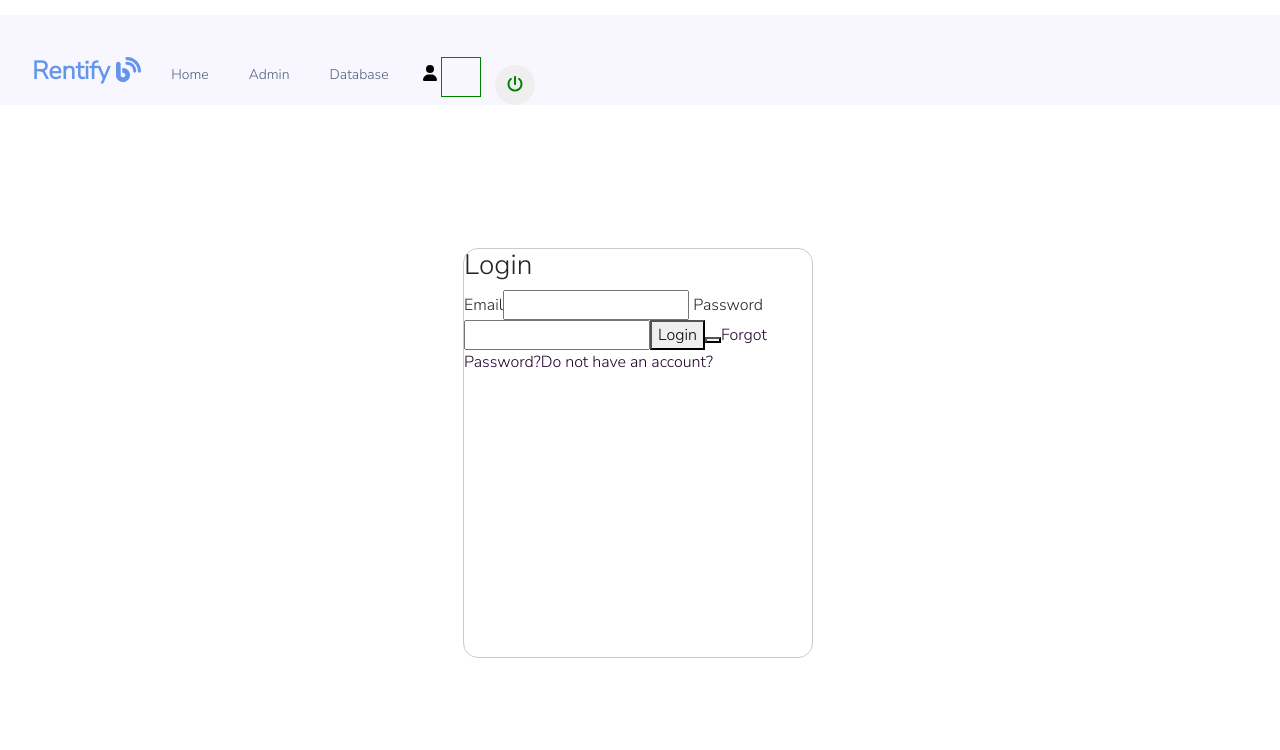
Repository: duzzisantos/rentify
Page: /auth/home
An editor plug-in stored every save of this project. The page is shown before and after the next save, followed by the edit.
The browser window is 1280 px wide. The pictures show the whole page.
The page's requests for data from a server got no answer. The project was rebuilt for these pictures with package versions that can differ from the ones it lists, and the page was loaded fresh each time. No one was signed in, and anything a server would have sent is missing. Also part of the build but not shown: src/admin.js, src/auth/register.js, src/table-component.js, src/edit-property.js, src/tables.js, src/booking.js.

Above is the page before, as saved 2022-05-19 00:50:18.

### src/App.js
import "./App.css";
import "react-bootstrap";
import "bootstrap/dist/css/bootstrap.min.css";
import { Route, Routes } from "react-router-dom";
import Homepage from "./home";
import Admins from "./admin";
import Auth from "./auth/auth";
import Login from "./auth/login";
import Register from "./auth/register";
import Tables from "./tables";
import EditProperty from "./edit-property";
import Booking from "./booking";

function App() {
  return (
    <div className="App">
      <Auth/>
      <Routes>
        <Route path="/" element={<Login />} />
        <Route path="login/*" element={<Login />} />
        <Route path="register/*" element={<Register />} />
        <Route path="auth/*" element={<Auth />} />
        <Route path="auth/home/*" element={<Homepage />} />
        <Route path="auth/admin" element={<Admins />} />
        <Route path="auth/tables/*" element={<Tables />} />
        <Route path="auth/admin/edit-property/:ID" element={<EditProperty />} />
        <Route path="booking/:ID" element={<Booking />} />
      </Routes>
    </div>
  );
}

export default App;

### src/App.css
@import url("https://fonts.googleapis.com/css2?family=Nunito+Sans:wght@300&family=Poppins:wght@200;300&family=Roboto&family=Roboto+Serif:wght@300&family=Ubuntu:wght@300&display=swap");
* {
  font-family: "Nunito Sans", sans-serif;
}
.App {
  /* display: flex;
  flex-direction: column; */
  height: fit-content;
  width: 100%;
}

.hero {
  height: calc(0.25 * 657px);
  background-color: rgb(33, 2, 43);
  width: 100%;
  padding-top: 80px;
  margin-top: 120px;
  background-image: url("https://i.dlpng.com/static/png/7058604_preview.png");
  background-repeat: no-repeat;
  background-size: cover;
  background-position: 0%;
  filter: grayscale(0);
}

.filter-property {
  height: calc(0.6 * 657px);
  background-color: azure;
  width: 100%;
  color: gray;
  justify-content: center;
  align-items: center;
  bottom: 0;
  padding-top: 40px;
}

.filter-property input {
  text-align: center;
}
#display-results {
  height: 657px;
  background-color: white;
  width: 100%;
  color: gray;
}

#hero-text {
  height: 80%;
  text-align: center;
}

h1 {
  color: white;
  padding-top: 0px;
  font-size: clamp(20px, 55px, 60px);
}

h4,
h6 {
  padding-top: 10px;
  margin-left: 25px;
  font-size: clamp(10px, 15px, 20px);
  color: rgba(0, 0, 0, 0.705);
}

.filter-property span {
  margin-left: 25px;
  margin-top: 10px;
  color: rgba(0, 0, 0, 0.705);
  display: block;
  font-weight: 600;
  font-size: 14px;
}

.filter-property label {
  display: inline-block;
  margin-left: 22px;
  font-size: 13px;
  color: rgba(0, 0, 0, 0.705);
}

.filter-property input[type="checkbox"] {
  display: inline-block;
  margin-left: 5px;
}

#search-btn {
  background-color: transparent;
  border: 1px solid black;
  color: rgba(0, 0, 0, 0.705);
  border-radius: 10px;
  display: block;
  margin-left: 25px;
  margin-top: 10px;
  padding: 6px;
  font-size: 13px;
  width: 70px;
  margin-bottom: 20px;
}

#search-btn:hover {
  border: 1px solid rgb(33, 2, 43);
  color: rgb(33, 2, 43);
}

.link {
  text-decoration-line: none;
  color: white;
  margin: 10px;
}

.links{
  color: rgb(33, 2, 43);
  text-decoration: none;
}
.link:hover {
  color: gray;
}

tr .link {
  text-decoration-line: none;
  color: rgba(0, 0, 0, 0.705);
  margin: 10px;
}

tr .link:hover {
  color: rgb(33, 2, 43);
}

.admin-container,
.edit-container {
  height: fit-content;
  padding-top: 80px;
  display: flex;
  flex-direction: column;
  width: 100%;
  justify-content: center;
  align-items: center;
}

.admin-container h2,
.admin-container h6,
.edit-container h6 {
  text-align: center;
}

.admin-container h2,
.edit-container h2 {
  color: rgba(0, 0, 0, 0.705);
  padding: 25px;
}

.admin-container form,
.edit-container form {
  padding-top: 20px;
  width: 450px;
  margin-left: 0;
  display: block;
  background-color: azure;
  display: flex;
  flex-direction: column;
  margin-bottom: 20px;
  border-radius: 15px;
}

.admin-container input,
.edit-container input {
  display: block;
  border: 1px solid rgb(212,212,212);
  border-radius: 15px;
  width: 300px;
  font-size: small;
  text-indent: 5px;
  margin-left: 15%;
}

.admin-container label,
.admin-container span,
.edit-container label,
.edit-container span {
  display: block;
  font-size: small;
  margin-top: 10px;
  margin-left: 15%;
}

#admin-btn {
  border-radius: 15px;
  border: 1px solid transparent;
  margin-bottom: 15px;
  margin-top: 15px;
  color: white;
  background-color: #25D366;
  display: block;
  font-size: small;
  margin-left: 15%;
  width: 100px;
  padding: 4px;
}


.display-data {
  height: fit-content;
  background-color: rgb(33, 2, 43);
  padding-top: 80px;
  color: whitesmoke;
  display: flex;
  flex-direction: column;
}

.display-data h2,
.display-data h6 {
  text-align: center;
  color: whitesmoke;
}

.photos {
  margin-top: 5px;
}

.photos::placeholder {
  font-size: small;
  text-indent: 5px;
}

#search {
  margin-bottom: 15px;
  width: 300px;
  border: 1px solid rgb(212,212,212);
  border-radius: 15px;
  outline: none;
  padding: 4px;
  margin-left: 40%;
  /* margin-left: 19%; * for media query max-width 550px */
}

#search::placeholder {
  font-size: small;
  text-align: center;
}

input {
  outline: none;
}
.database {
  height: fit-content;
  background-color: azure;
  margin-top: 10px;
}

#delete {
  background-color: transparent;
  border: 1px solid #eb5e55;
  color: black;
  border-radius: 5px;
}

#data-reference {
  width: 950px;
  display: inline-block;
  overflow: hidden;
}

#data-reference ol li {
  margin-bottom: 12px;
}
#update-dialog input {
  width: 300px;
  margin-top: 3px;
  display: block;
}

#final-update {
  background-color: rgb(33, 2, 43);
  border: 1px solid transparent;
  color: whitesmoke;
  margin-bottom: 10px;
}

h4,
#display-results span {
  text-align: center;
}

#display-results {
  width: 100%;
  height: fit-content;
  border: 1px solid azure;
}

.one-result {
  width: 100%;
  height: fit-content;
  border: 1px solid whitesmoke;
}

.image-holder {
  height: fit-content;
  width: fit-content;
  border: 1px solid whitesmoke;
  display: flex;
  flex-direction: row;
  flex-wrap: wrap;
  margin-left: 80px;
}

.image-holder img {
  background-repeat: no-repeat;
  background-size: cover;
  height: 140px;
  width: 185px;
  margin: 5px;
  border: 1px solid whitesmoke;
  background-size: cover;
  background-position: center;
  transition: transform 0.5s;
}

.image-holder img:hover {
  transform: scale(1.3);
}
tr img {
  height: 30px;
  width: 40px;
  border: 1px solid whitesmoke;
  background-size: cover;
  background-position: center;
  transition: transform 0.5s;
}

tr img:hover {
  transform: scale(3);
}

.primary-details li {
  font-size: small;
  margin-left: 60px;
}
.primary-details li:nth-child(1) {
  margin-top: 10px;
}
.amenities li {
  list-style-type: none;
  display: inline-block;
  justify-content: space-between;
  margin: 8px;
  margin-left: 50px;
  font-size: small;
}

.booking {
  border: 1px solid rgb(33, 2, 43);
  color: rgb(33, 2, 43);
  background-color: transparent;
  margin-left: 3px;
  border-radius: 15px;
  font-size: 11px;
  margin-bottom: 10px;
}

.isAvailable {
  background-color: #25D366;
  border: 1px solid transparent;
  border-radius: 15px;
  color: white;
  font-size: 11px;
  margin-bottom: 5px;
  margin-left: 80px;
}

.booking-wrapper{
  height: fit-content;
  width: 100%;
  display: flex;
  flex-direction: column;
  justify-content: center;
  align-items: center;
  padding-top: 80px;
}

.my-booking{
  height: 500px;
  width: 400px;
  background-color: azure;
  border-radius: 15px;
}

.my-booking form{
  display: flex;
  flex-direction: column;
}
.my-booking label{
  margin-left: 50px;
  margin-top: 15px;
}
.my-booking input{
  width: 300px;
  margin-left: 50px;
  border-radius: 15px;
  margin-bottom: 5px;
  border: 1px solid rgb(212,212,212);
  text-indent: 10px;
}
.account-display {
  margin-top: 200px;
  margin-left: 35%;
  display: flex;
  flex-direction: column;
  height: 350px;
  width: 400px;
  background-color: rgb(33, 2, 43);
  border-top-left-radius: 50px;
  border-bottom-right-radius: 50px;

  /* margin-left: 36%;
  margin-top: calc(37% / 5); */
}

.account-display .account-nav {
  list-style-type: none;
  display: flex;
  flex-direction: row;
  margin-bottom: 25px;
  margin-top: 10px;
  margin-left: 210px;
}

.account-display .account-nav .links {
  text-decoration-line: none;
  color: whitesmoke;
  margin-left: 20px;
  font-size: small;
}

.account-nav .links:hover {
  color: gray;
}

.account-form-wrapper {
  height: 200px;
  width: 400px;
  display: flex;
  flex-direction: column;
  background-color: rgb(33, 2, 43);
  color: whitesmoke;
  /* border-top-left-radius: 50px;
  border-bottom-right-radius: 50px; */
}

.account-form-wrapper h3 {
  text-align: center;
  margin-bottom: 30px;
}

.account-form-wrapper form {
  display: flex;
  flex-direction: column;
  width: 80%;
  margin-left: 10%;
}

.account-form-wrapper input {
  margin-bottom: 20px;
  border-radius: 10px;
  border: 1px solid transparent;
}

.account-form-wrapper button {
  margin: 20px 10px 0px 0px;
  width: 30%;
  border: 1px solid whitesmoke;
  background-color: transparent;
  border-radius: 50px;
  color: whitesmoke;
}

.account-form-wrapper .account-nav .links {
  color: whitesmoke;
  text-decoration: none;
  list-style-type: none;
}

.list-wrapper {
  padding-top: 80px;
  width: 99%;
  height: fit-content;
}

.login,
.register,
.reset {
  height: 645px;
  width: 99.7%;
  display: -webkit-box;
  display: -ms-flexbox;
  display: flex;
  -webkit-box-orient: vertical;
  -webkit-box-direction: normal;
      -ms-flex-direction: column;
          flex-direction: column;
  -webkit-box-pack: center;
      -ms-flex-pack: center;
          justify-content: center;
  -webkit-box-align: center;
      -ms-flex-align: center;
          align-items: center;
  bottom: 0;
}

.login-container,
.register-container,
.reset-container {
  height: 410px;
  width: 350px;
  border: 1px solid #d1c7d1;
  border-radius: 15px;
  margin-top: 50px;
}

.auth-container {
  height: 90px;
  width: 100%;
  background-color: transparent;
  margin-right: 10px;
  overflow: hidden;
  margin-left: auto;
  margin-top: 15px;
  display: -webkit-box;
  display: -ms-flexbox;
  display: flex;
  -webkit-box-orient: horizontal;
  -webkit-box-direction: normal;
      -ms-flex-direction: row;
          flex-direction: row;
}

.auth-span {
  height: -webkit-fit-content;
  height: -moz-fit-content;
  height: fit-content;
  width: -webkit-fit-content;
  width: -moz-fit-content;
  width: fit-content;
  margin-left: 4px;
  margin-top: 5px;
  overflow: hidden;
}

.auth-btn {
  height: 40px;
  width: 40px;
  border-radius: 50%;
  margin-left: 10px;
  margin-top: 8px;
  border: 1px solid transparent;
  color: green;
}

.auth-btn:hover {
  color: crimson;
  -webkit-transition-delay: 20ms;
          transition-delay: 20ms;
}

.auth-avi{
  height: 40px;
  width: 40px;
  border: 1px solid green;
}
/*Navbar component*/

.nav-items {
  width: 100%;
  height: 90px;
  margin-top: 0px;
}

.nav-links {
  display: inline-block;
  margin-left: 20px;
  padding-top: 15px;
}

.nav-links:nth-child(1) {
  font-size: 25px;
  color: cornflowerblue;
  font-weight: 800;
  -webkit-text-decoration-line: none;
          text-decoration-line: none;
  text-decoration: none;
  margin-left: 0px;
}

.nav-items #hamburger-icon {
  display: none;
}

.nav-items .dashboard-container {
  margin-left: 0px;
}

.link {
  color: #525f7a;
  font-size: 14px;
  text-decoration: none;
}

.link:hover {
  -webkit-text-decoration-line: underline;
          text-decoration-line: underline;
  text-decoration-thickness: 2px;
  -webkit-text-decoration-color: cornflowerblue;
          text-decoration-color: cornflowerblue;
}

.nav-wrap {
  display: -webkit-box;
  display: -ms-flexbox;
  display: flex;
  -webkit-box-orient: horizontal;
  -webkit-box-direction: normal;
      -ms-flex-direction: row;
          flex-direction: row;
  margin-top: 0px;
}

.navbar {
  height: 90px;
  background-color: #f8f7ff;
  -webkit-box-shadow: 1px 1px 5px 1px rgba(0, 0, 0, 0.1);
          box-shadow: 1px 1px 5px 1px rgba(0, 0, 0, 0.1);
  width: 100%;
  position: fixed;
  z-index: 2;
  display: -webkit-box;
  display: -ms-flexbox;
  display: flex;
  -webkit-box-orient: horizontal;
  -webkit-box-direction: normal;
      -ms-flex-direction: row;
          flex-direction: row;
}

### src/auth/auth.js
import React, { useState, useEffect } from "react";
import { useAuthState } from "react-firebase-hooks/auth";
import { useNavigate, Link } from "react-router-dom";
import "../App.css";
import { db, auth, logout } from "./firebase";
import { query, collection, getDocs, where } from "firebase/firestore";
import { FontAwesomeIcon } from "@fortawesome/react-fontawesome";
import { library } from "@fortawesome/fontawesome-svg-core";
import {
  faBars,
  faBlog,
  faCake,
  faClock,
  faHouse,
  faPowerOff,
  faUser,
} from "@fortawesome/free-solid-svg-icons";

library.add(faCake, faPowerOff, faHouse, faClock, faUser, faBars);
const isAuthorized = process.env.REACT_APP_ADMIN;

const Auth = () => {
  const [user, loading] = useAuthState(auth);
  const [name, setName] = useState("");
  const navigate = useNavigate();

  const fetchUserName = async () => {
    try {
      const q = query(collection(db, "users"), where("uid", "==", user?.uid));
      const doc = await getDocs(q);
      const data = doc.docs[0].data();
      setName(data.name);
    } catch (err) {
      console.log(err);
    }
  };

  useEffect(() => {
    if (loading) {
      return;
    } else if (!user) {
      fetchUserName();
      return navigate("/");
    }
  });

  // handles menu collapse for navbar

  const handleMenuCollapse = () => {
    var navitems = document.getElementById("myTopnav");
    if (navitems.className === "nav-items") {
      navitems.className += " responsive";
    } else {
      navitems.className = "nav-items";
    }
  };

  return (
    <div className="auth-container">
      <nav className="navbar">
        {/* <div className="img-holder" id="active"></div> */}
        <ul className="nav-items" id="myTopnav">
          <li className="nav-links" id="active">
            <Link to="/auth/home" className="nav-links">
              Rentify <FontAwesomeIcon icon={faBlog} />
            </Link>
          </li>
          <li className="nav-links">
            <Link to="/auth/home" className="link">
              Home
            </Link>
          </li>
          {user?.uid === isAuthorized ? (
            <>
              <li className="nav-links">
                <Link to="/auth/admin" className="link">
                  Admin
                </Link>
              </li>
              <li className="nav-links">
                <Link to="/auth/table" className="link">
                  Database
                </Link>
              </li>
            </>
          ) : (
            <></>
          )}

          <li className="nav-links">
            <div className="auth-container">
              <span className="auth-span">
                <FontAwesomeIcon icon={faUser} style={{ color: "#000000" }} />
              </span>
              <span className="auth-span">{name}</span>
              <div className="auth-avi" title="Logged in">
                {user?.email[0].toUpperCase()}
              </div>
              <span className="auth-span">{user?.email}</span>
              <button
                className="auth-btn"
                onClick={logout}
                type="button"
                title="Logout"
              >
                <FontAwesomeIcon icon={faPowerOff} />
              </button>
            </div>
          </li>
          <li
            className="nav-links"
            id="hamburger-icon"
            onClick={handleMenuCollapse}
          >
            <FontAwesomeIcon icon={faBars} style={{ fontSize: "30px" }} />
          </li>
        </ul>
      </nav>
    </div>
  );
};

export default Auth;

### src/auth/login.js
import React, { useEffect, useState } from "react";
import { Link, useNavigate } from "react-router-dom";
import {
  auth,
  logInWithEmailAndPassword,
  signInWithGoogle,

} from "./firebase";
// import { signInWithFacebook } from "./facebook-auth";
import { useAuthState } from "react-firebase-hooks/auth";
import "../App.css";
const Login = () => {
  const [email, setEmail] = useState("");
  const [password, setPassword] = useState("");
  const [user, loading] = useAuthState(auth);

  const navigate = useNavigate();

  useEffect(() => {
    if (loading) {
      return;
    }
    if (user) navigate("/auth/home");
  });
  return (
    <div className="login">
      <div className="login-container">
        <h3>Login</h3>
        <label htmlFor="login-email">Email</label>
        <input
          type="text"
          id="login-email"
          value={email}
          onChange={(e) => setEmail(e.target.value)}
        />{" "}
        <label htmlFor="login-password">Password</label>
        <input
          type="password"
          id="login-password"
          value={password}
          onChange={(e) => setPassword(e.target.value)}
        />
        <button
          className="login-btn"
          onClick={() => logInWithEmailAndPassword(email, password)}
        >
          Login
        </button>
        <button className="google" onClick={signInWithGoogle}></button>
        <span className="login-span">
          <Link to="reset" className="links">
            Forgot Password?
          </Link>
        </span>
        <span className="login-span">
          <Link to="register" className="links">
            Do not have an account?
          </Link>
        </span>
      </div>
    </div>
  );
};

export default Login;

Loaded but not shown: public/index.html (common file); src/index.js (common file); src/index.css (common file); src/home.js (128 lines, source omitted); src/auth/firebase.js (158 lines, source omitted)

After the next save:
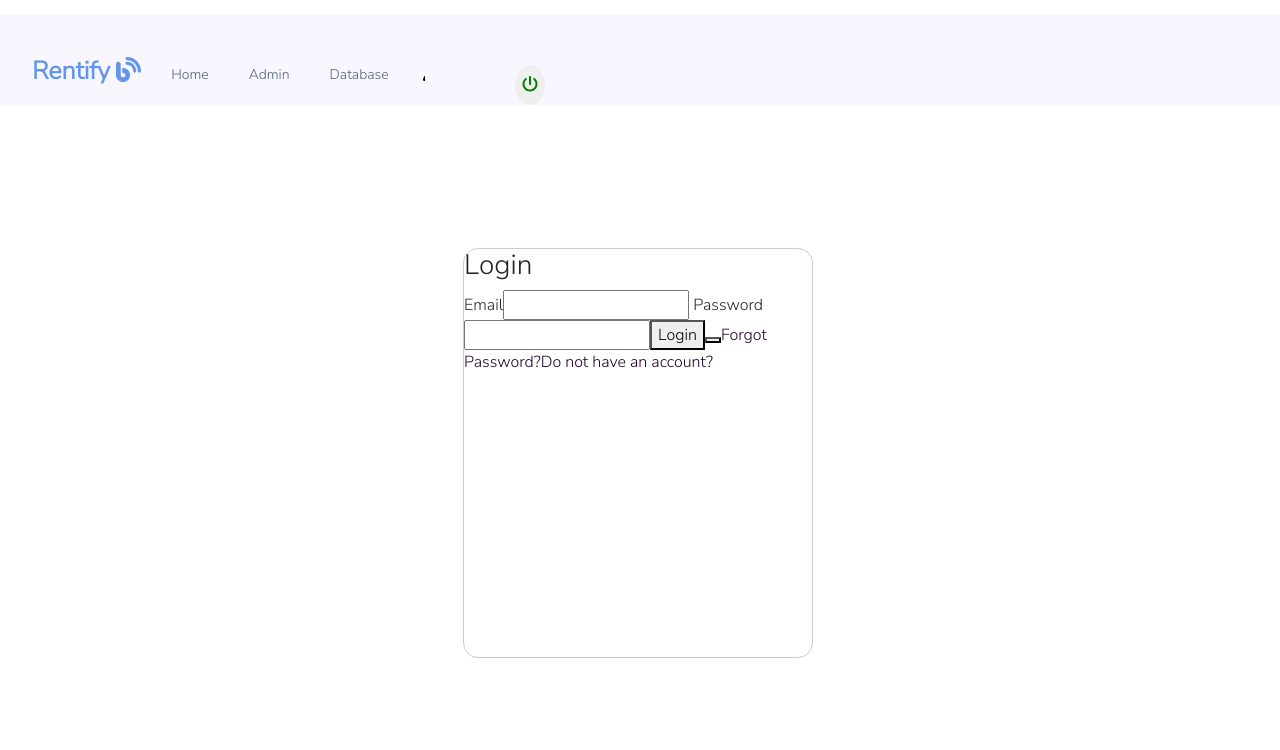
Saved 27 s later.
--- a/src/App.css
+++ b/src/App.css
@@ -565,6 +565,8 @@
   height: 40px;
   width: 40px;
   border: 1px solid green;
+  margin-top: 50%;
+  margin-left: 50%;
 }
 /*Navbar component*/
 

After the save that followed:
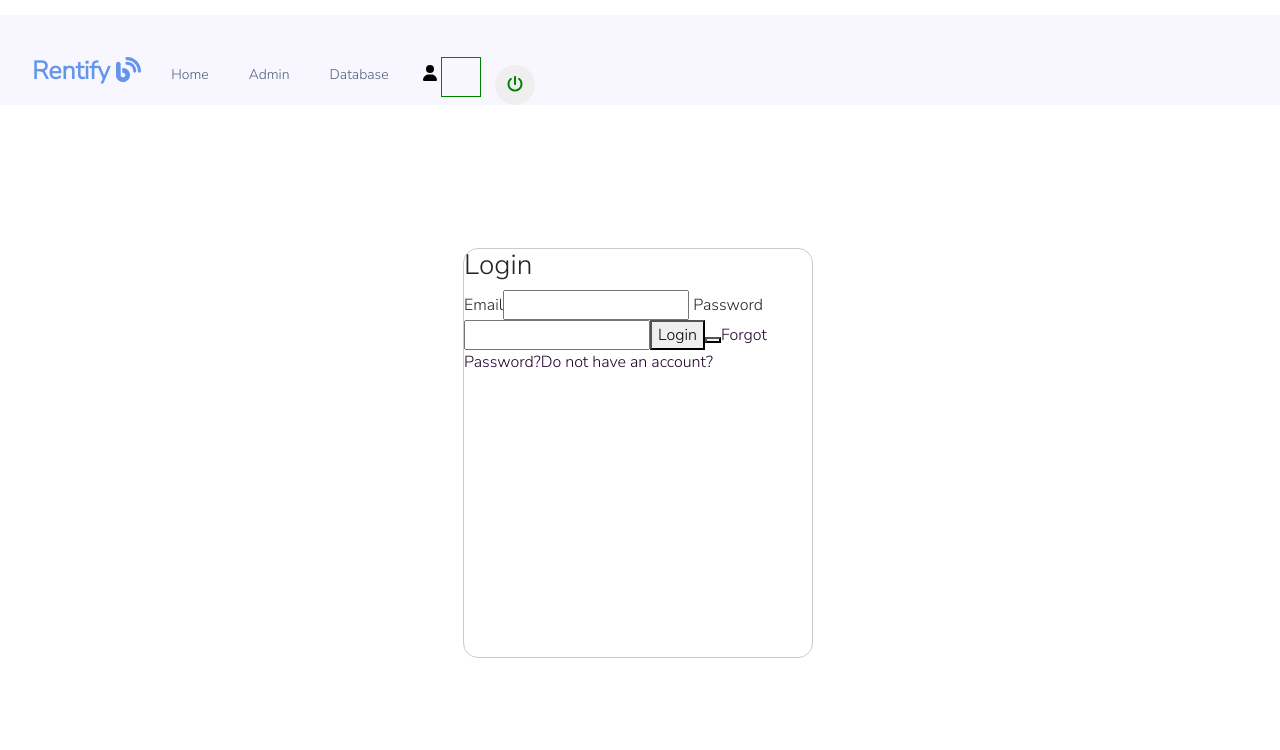
Saved 14 s later.
--- a/src/App.css
+++ b/src/App.css
@@ -565,8 +565,6 @@
   height: 40px;
   width: 40px;
   border: 1px solid green;
-  margin-top: 50%;
-  margin-left: 50%;
 }
 /*Navbar component*/
 
